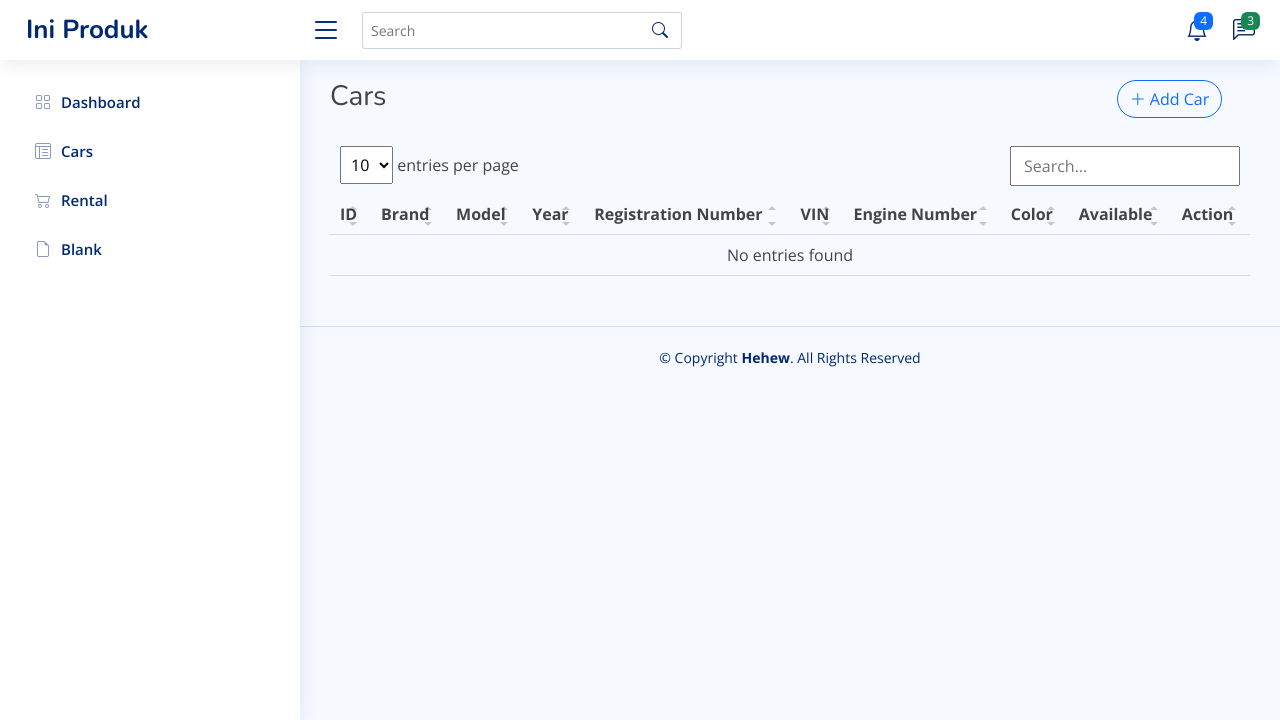
Repository: Jistoper/car_rental
Page: resources/views/backsite/content/car/cartable.blade.php
These files come from the project's save history. The page is drawn as it stood at one moment and after the next save; the edit follows.
The browser window is 1280 px wide. The pictures show the whole page.
The page is served by the project's Laravel application, run on PHP 8.4 with Laravel 9. Other server files are loaded and not shown. The template is opened directly, without the code that normally fills it, so the values that code supplies are empty.

Above is the page before, as saved 2023-06-25 16:26:08.

### routes/web.php
<?php

use Illuminate\Support\Facades\Route;
use App\Http\Controllers\carcontroller;

/*
|--------------------------------------------------------------------------
| Web Routes
|--------------------------------------------------------------------------
|
| Here is where you can register web routes for your application. These
| routes are loaded by the RouteServiceProvider within a group which
| contains the "web" middleware group. Now create something great!
|
*/

Route::get('/dashboard', function () {
    return view('backsite.dashboard');
})->name('dashboard');

Route::controller(CarController::class)->as('car.')->group(function(){
    Route::get('/car', 'getall')->name('getall');
    Route::get('/create', 'create')->name('create');
    Route::post('/create', 'storeCar')->name('store');
    Route::get('/edit', 'editView')->name('edit');
    Route::post('/edit', 'storeEdit')->name('storeEdit');
    Route::delete('/car_delete_', 'delete')->name('delete');

    Route::get('/rent', 'getList')->name('getList');
    Route::get('/rent_car', 'rentView')->name('rentView');
    Route::post('/car/rent/{$car_id}', 'storeRent')->name('storeRent');
});

### resources/views/backsite/content/car/cartable.blade.php
@extends('backsite.dashboard')

@section('content')

<div>
    <div class="pagetitle row">
        <div class="col">
            <h3>Cars</h3>
        </div>
        <div class="col-md-2">
            <a href="{{ route('car.create') }}" class="btn btn-outline-primary rounded-pill bi-plus-lg"> Add Car</a>
        </div>
    </div>
    <div class="mb-3">

    </div>
    <table class="table datatable">
        <thead>
          <tr>
            <th scope="col">ID</th>
            <th scope="col">Brand</th>
            <th scope="col">Model</th>
            <th scope="col">Year</th>
            <th scope="col">Registration Number</th>
            <th scope="col">VIN</th>
            <th scope="col">Engine Number</th>
            <th scope="col">Color</th>
            <th scope="col">Available</th>
            <th scope="col">Action</th>
          </tr>
        </thead>
        <tbody>
            @foreach($Cars as $cars)
                <tr>
                    <td>{{ $cars['car_id'] }}</td>
                    <td>{{ $cars['brand'] }}</td>
                    <td>{{ $cars['model'] }}</td>
                    <td>{{ $cars['year'] }}</td>
                    <td>{{ $cars['registration_number'] }}</td>
                    <td>{{ $cars['vin'] }}</td>
                    <td>{{ $cars['engine_number'] }}</td>
                    <td>{{ $cars['color'] }}</td>
                    <td>{{ $cars['is_available'] ? 'Yes' : 'No' }}</td>
                    <td>
                        <form action="{{ route('car.edit', $cars['car_id']) }}" class="d-inline" method="POST">
                            @csrf
                            @method('GET')
                            <input type="hidden" name="car_id" value="{{ $cars['car_id'] }}">
                            <input type="hidden" name="brand" value="{{ $cars['brand'] }}">
                            <input type="hidden" name="model" value="{{ $cars['model'] }}">
                            <input type="hidden" name="year" value="{{ $cars['year'] }}">
                            <input type="hidden" name="registration_number" value="{{ $cars['registration_number'] }}">
                            <input type="hidden" name="vin" value="{{ $cars['vin'] }}">
                            <input type="hidden" name="engine_number" value="{{ $cars['engine_number'] }}">
                            <input type="hidden" name="color" value="{{ $cars['color'] }}">
                            <button class="btn btn-sm rounded-pill btn-outline-secondary" type="submit" name='submit'>Edit</button>
                        </form>
                        <form onsubmit="return confirm('Are you sure you want to delete this data?')" action="{{ route('car.delete', $cars['car_id']) }}" class="d-inline" method="POST">
                            @csrf
                            @method('DELETE')
                            <input type="hidden" name="car_id" value="{{ $cars['car_id'] }}">
                            <button class="btn btn-sm rounded-pill btn-outline-danger" type="submit" name='submit'>Delete</button>
                        </form>
                    </td>
                </tr>
            @endforeach
        </tbody>
    </table>
</div>

@endsection

### resources/views/backsite/partials/header.blade.php
<header id="header" class="header fixed-top d-flex align-items-center">
    <div class="d-flex align-items-center justify-content-between">
      <a href="{{ route('dashboard') }}" class="logo d-flex align-items-center">
        <img src="assets/img/logo.png" alt="">
        <span class="d-none d-lg-block">Ini Produk</span>
      </a>
      <i class="bi bi-list toggle-sidebar-btn"></i>
    </div><!-- End Logo -->

    <div class="search-bar">
      <form class="search-form d-flex align-items-center" method="POST" action="#">
        <input type="text" name="query" placeholder="Search" title="Enter search keyword">
        <button type="submit" title="Search"><i class="bi bi-search"></i></button>
      </form>
    </div><!-- End Search Bar -->

    <nav class="header-nav ms-auto">
      <ul class="d-flex align-items-center">

        <li class="nav-item d-block d-lg-none">
          <a class="nav-link nav-icon search-bar-toggle " href="#">
            <i class="bi bi-search"></i>
          </a>
        </li><!-- End Search Icon-->

        <li class="nav-item dropdown">

          <a class="nav-link nav-icon" href="#" data-bs-toggle="dropdown">
            <i class="bi bi-bell"></i>
            <span class="badge bg-primary badge-number">4</span>
          </a><!-- End Notification Icon -->

          <ul class="dropdown-menu dropdown-menu-end dropdown-menu-arrow notifications">
            <li class="dropdown-header">
              You have 4 new notifications
              <a href="#"><span class="badge rounded-pill bg-primary p-2 ms-2">View all</span></a>
            </li>
            <li>
              <hr class="dropdown-divider">
            </li>

            <li class="notification-item">
              <i class="bi bi-exclamation-circle text-warning"></i>
              <div>
                <h4>Lorem Ipsum</h4>
                <p>Quae dolorem earum veritatis oditseno</p>
                <p>30 min. ago</p>
              </div>
            </li>

            <li>
              <hr class="dropdown-divider">
            </li>

            <li class="notification-item">
              <i class="bi bi-x-circle text-danger"></i>
              <div>
                <h4>Atque rerum nesciunt</h4>
                <p>Quae dolorem earum veritatis oditseno</p>
                <p>1 hr. ago</p>
              </div>
            </li>

            <li>
              <hr class="dropdown-divider">
            </li>

            <li class="notification-item">
              <i class="bi bi-check-circle text-success"></i>
              <div>
                <h4>Sit rerum fuga</h4>
                <p>Quae dolorem earum veritatis oditseno</p>
                <p>2 hrs. ago</p>
              </div>
            </li>

            <li>
              <hr class="dropdown-divider">
            </li>

            <li class="notification-item">
              <i class="bi bi-info-circle text-primary"></i>
              <div>
                <h4>Dicta reprehenderit</h4>
                <p>Quae dolorem earum veritatis oditseno</p>
                <p>4 hrs. ago</p>
              </div>
            </li>

            <li>
              <hr class="dropdown-divider">
            </li>
            <li class="dropdown-footer">
              <a href="#">Show all notifications</a>
            </li>

          </ul><!-- End Notification Dropdown Items -->

        </li><!-- End Notification Nav -->

        <li class="nav-item dropdown">

          <a class="nav-link nav-icon" href="#" data-bs-toggle="dropdown">
            <i class="bi bi-chat-left-text"></i>
            <span class="badge bg-success badge-number">3</span>
          </a><!-- End Messages Icon -->

          <ul class="dropdown-menu dropdown-menu-end dropdown-menu-arrow messages">
            <li class="dropdown-header">
              You have 3 new messages
              <a href="#"><span class="badge rounded-pill bg-primary p-2 ms-2">View all</span></a>
            </li>
            <li>
              <hr class="dropdown-divider">
            </li>

            <li class="message-item">
              <a href="#">
                <img src="assets/img/messages-1.jpg" alt="" class="rounded-circle">
                <div>
                  <h4>Maria Hudson</h4>
                  <p>Velit asperiores et ducimus soluta repudiandae labore officia est ut...</p>
                  <p>4 hrs. ago</p>
                </div>
              </a>
            </li>
            <li>
              <hr class="dropdown-divider">
            </li>

            <li class="message-item">
              <a href="#">
                <img src="assets/img/messages-2.jpg" alt="" class="rounded-circle">
                <div>
                  <h4>Anna Nelson</h4>
                  <p>Velit asperiores et ducimus soluta repudiandae labore officia est ut...</p>
                  <p>6 hrs. ago</p>
                </div>
              </a>
            </li>
            <li>
              <hr class="dropdown-divider">
            </li>

            <li class="message-item">
              <a href="#">
                <img src="assets/img/messages-3.jpg" alt="" class="rounded-circle">
                <div>
                  <h4>David Muldon</h4>
                  <p>Velit asperiores et ducimus soluta repudiandae labore officia est ut...</p>
                  <p>8 hrs. ago</p>
                </div>
              </a>
            </li>
            <li>
              <hr class="dropdown-divider">
            </li>

            <li class="dropdown-footer">
              <a href="#">Show all messages</a>
            </li>

          </ul><!-- End Messages Dropdown Items -->

        </li><!-- End Messages Nav -->

        {{-- <li class="nav-item dropdown pe-3">

          <a class="nav-link nav-profile d-flex align-items-center pe-0" href="#" data-bs-toggle="dropdown">
            <img src="assets/img/profile-img.jpg" alt="Profile" class="rounded-circle">
            <span class="d-none d-md-block dropdown-toggle ps-2">K. Anderson</span>
          </a>

          <ul class="dropdown-menu dropdown-menu-end dropdown-menu-arrow profile">
            <li class="dropdown-header">
              <h6>Kevin Anderson</h6>
              <span>Web Designer</span>
            </li>
            <li>
              <hr class="dropdown-divider">
            </li>

            <li>
              <a class="dropdown-item d-flex align-items-center" href="users-profile.html">
                <i class="bi bi-person"></i>
                <span>My Profile</span>
              </a>
            </li>
            <li>
              <hr class="dropdown-divider">
            </li>

            <li>
              <a class="dropdown-item d-flex align-items-center" href="users-profile.html">
                <i class="bi bi-gear"></i>
                <span>Account Settings</span>
              </a>
            </li>
            <li>
              <hr class="dropdown-divider">
            </li>

            <li>
              <a class="dropdown-item d-flex align-items-center" href="pages-faq.html">
                <i class="bi bi-question-circle"></i>
                <span>Need Help?</span>
              </a>
            </li>
            <li>
              <hr class="dropdown-divider">
            </li>

            <li>
              <a class="dropdown-item d-flex align-items-center" href="#">
                <i class="bi bi-box-arrow-right"></i>
                <span>Sign Out</span>
              </a>
            </li>

          </ul><!-- End Profile Dropdown Items -->
        </li><!-- End Profile Nav --> --}}

      </ul>
    </nav><!-- End Icons Navigation -->
</header>

### resources/views/backsite/partials/sidebar.blade.php
<aside id="sidebar" class="sidebar">

    <ul class="sidebar-nav" id="sidebar-nav">

      <li class="nav-item">
        <a class="nav-link collapsed" href="{{ route('dashboard') }}">
          <i class="bi bi-grid"></i>
          <span>Dashboard</span>
        </a>
      </li><!-- End Dashboard Nav -->

      <li class="nav-item">
        <a class="nav-link collapsed" href="{{ route('car.getall') }}">
          <i class="bi bi-layout-text-window-reverse"></i><span>Cars</span>
        </a>
      </li>

      <li class="nav-item">
        <a class="nav-link collapsed" href="{{ route('car.getList') }}">
          <i class="bi bi-cart2"></i><span>Rental</span>
        </a>
      </li>

      {{-- <li class="nav-item">
        <a class="nav-link collapsed" data-bs-target="#forms-nav" data-bs-toggle="collapse" href="#">
          <i class="bi bi-journal-text"></i><span>Forms</span><i class="bi bi-chevron-down ms-auto"></i>
        </a>
        <ul id="forms-nav" class="nav-content collapse " data-bs-parent="#sidebar-nav">
          <li>
            <a href="forms-elements.html">
              <i class="bi bi-circle"></i><span>Form Elements</span>
            </a>
          </li>
          <li>
            <a href="forms-layouts.html">
              <i class="bi bi-circle"></i><span>Form Layouts</span>
            </a>
          </li>
          <li>
            <a href="forms-editors.html">
              <i class="bi bi-circle"></i><span>Form Editors</span>
            </a>
          </li>
          <li>
            <a href="forms-validation.html">
              <i class="bi bi-circle"></i><span>Form Validation</span>
            </a>
          </li>
        </ul>
      </li>

      <li class="nav-item">
        <a class="nav-link collapsed" data-bs-target="#icons-nav" data-bs-toggle="collapse" href="#">
          <i class="bi bi-gem"></i><span>Icons</span><i class="bi bi-chevron-down ms-auto"></i>
        </a>
        <ul id="icons-nav" class="nav-content collapse " data-bs-parent="#sidebar-nav">
          <li>
            <a href="icons-bootstrap.html">
              <i class="bi bi-circle"></i><span>Bootstrap Icons</span>
            </a>
          </li>
          <li>
            <a href="icons-remix.html">
              <i class="bi bi-circle"></i><span>Remix Icons</span>
            </a>
          </li>
          <li>
            <a href="icons-boxicons.html">
              <i class="bi bi-circle"></i><span>Boxicons</span>
            </a>
          </li>
        </ul>
      </li>

      <li class="nav-heading">Pages</li>

      <li class="nav-item">
        <a class="nav-link collapsed" href="users-profile.html">
          <i class="bi bi-person"></i>
          <span>Profile</span>
        </a>
      </li>

      <li class="nav-item">
        <a class="nav-link collapsed" href="pages-faq.html">
          <i class="bi bi-question-circle"></i>
          <span>F.A.Q</span>
        </a>
      </li>

      <li class="nav-item">
        <a class="nav-link collapsed" href="pages-contact.html">
          <i class="bi bi-envelope"></i>
          <span>Contact</span>
        </a>
      </li>

      <li class="nav-item">
        <a class="nav-link collapsed" href="pages-register.html">
          <i class="bi bi-card-list"></i>
          <span>Register</span>
        </a>
      </li>

      <li class="nav-item">
        <a class="nav-link collapsed" href="pages-login.html">
          <i class="bi bi-box-arrow-in-right"></i>
          <span>Login</span>
        </a>
      </li>

      <li class="nav-item">
        <a class="nav-link collapsed" href="pages-error-404.html">
          <i class="bi bi-dash-circle"></i>
          <span>Error 404</span>
        </a>
      </li> --}}

      <li class="nav-item">
        <a class="nav-link collapsed" href="pages-blank.html">
          <i class="bi bi-file-earmark"></i>
          <span>Blank</span>
        </a>
      </li>

    </ul>

  </aside><!-- End Sidebar-->

### public/assets/simple-datatables/style.css
.datatable-wrapper.no-header .datatable-container {
	border-top: 1px solid #d9d9d9;
}

.datatable-wrapper.no-footer .datatable-container {
	border-bottom: 1px solid #d9d9d9;
}

.datatable-top,
.datatable-bottom {
	padding: 8px 10px;
}

.datatable-top > nav:first-child,
.datatable-top > div:first-child,
.datatable-bottom > nav:first-child,
.datatable-bottom > div:first-child {
	float: left;
}

.datatable-top > nav:last-child,
.datatable-top > div:last-child,
.datatable-bottom > nav:last-child,
.datatable-bottom > div:last-child {
	float: right;
}

.datatable-selector {
	padding: 6px;
}

.datatable-input {
	padding: 6px 12px;
}

.datatable-info {
	margin: 7px 0;
}

/* PAGER */
.datatable-pagination ul {
	margin: 0;
	padding-left: 0;
}

.datatable-pagination li {
	list-style: none;
	float: left;
}

.datatable-pagination li.datatable-hidden {
    visibility: hidden;
}

.datatable-pagination a {
	border: 1px solid transparent;
	float: left;
	margin-left: 2px;
	padding: 6px 12px;
	position: relative;
	text-decoration: none;
	color: #333;
    cursor: pointer;
}

.datatable-pagination a:hover {
	background-color: #d9d9d9;
}

.datatable-pagination .datatable-active a,
.datatable-pagination .datatable-active a:focus,
.datatable-pagination .datatable-active a:hover {
	background-color: #d9d9d9;
	cursor: default;
}

.datatable-pagination .datatable-ellipsis a,
.datatable-pagination .datatable-disabled a,
.datatable-pagination .datatable-disabled a:focus,
.datatable-pagination .datatable-disabled a:hover {
    pointer-events: none;
    cursor: default;
}

.datatable-pagination .datatable-disabled a,
.datatable-pagination .datatable-disabled a:focus,
.datatable-pagination .datatable-disabled a:hover {
	cursor: not-allowed;
	opacity: 0.4;
}

.datatable-pagination .datatable-pagination a {
	font-weight: bold;
}

/* TABLE */
.datatable-table {
	max-width: 100%;
	width: 100%;
	border-spacing: 0;
	border-collapse: separate;
}

.datatable-table > tbody > tr > td,
.datatable-table > tbody > tr > th,
.datatable-table > tfoot > tr > td,
.datatable-table > tfoot > tr > th,
.datatable-table > thead > tr > td,
.datatable-table > thead > tr > th {
	vertical-align: top;
	padding: 8px 10px;
}

.datatable-table > thead > tr > th {
	vertical-align: bottom;
	text-align: left;
	border-bottom: 1px solid #d9d9d9;
}

.datatable-table > tfoot > tr > th {
	vertical-align: bottom;
	text-align: left;
	border-top: 1px solid #d9d9d9;
}

.datatable-table th {
	vertical-align: bottom;
	text-align: left;
}

.datatable-table th a {
	text-decoration: none;
	color: inherit;
}

.datatable-sorter, .datatable-filter {
	display: inline-block;
	height: 100%;
	position: relative;
	width: 100%;
}

.datatable-sorter::before,
.datatable-sorter::after {
	content: "";
	height: 0;
	width: 0;
	position: absolute;
	right: 4px;
	border-left: 4px solid transparent;
	border-right: 4px solid transparent;
	opacity: 0.2;
}


.datatable-sorter::before {
	border-top: 4px solid #000;
	bottom: 0px;
}

.datatable-sorter::after {
	border-bottom: 4px solid #000;
	border-top: 4px solid transparent;
	top: 0px;
}

.datatable-ascending .datatable-sorter::after,
.datatable-descending .datatable-sorter::before,
.datatable-ascending .datatable-filter::after,
.datatable-descending .datatable-filter::before {
	opacity: 0.6;
}

.datatable-filter::before {
    content: "";
    position: absolute;
    right: 4px;
    opacity: 0.2;
    width: 0;
    height: 0;
    border-left: 7px solid transparent;
    border-right: 7px solid transparent;
	border-radius: 50%;
    border-top: 10px solid #000;
    top: 25%;
}

.datatable-filter-active .datatable-filter::before {
    opacity: 0.6;
}

.datatable-empty {
	text-align: center;
}

.datatable-top::after, .datatable-bottom::after {
	clear: both;
	content: " ";
	display: table;
}

table.datatable-table:focus tr.datatable-cursor > td:first-child {
	border-left: 3px blue solid;
}

table.datatable-table:focus {
	outline: solid 1px black;
    outline-offset: -1px;
}

Loaded but not shown: public/assets/bootstrap/css/bootstrap.min.css (library); public/assets/bootstrap-icons/bootstrap-icons.css (library); public/assets/boxicons/css/boxicons.min.css (library); public/assets/apexcharts/apexcharts.min.js (library); public/assets/bootstrap/js/bootstrap.bundle.min.js (library); public/assets/chart.js/chart.umd.js (library); public/assets/echarts/echarts.min.js (library); public/assets/quill/quill.min.js (library); public/assets/simple-datatables/simple-datatables.js (library); public/assets/tinymce/tinymce.min.js (library); public/js/main.js (321 lines, source omitted); public/assets/php-email-form/validate.js (85 lines, source omitted); public/assets/remixicon/remixicon.css (2526 lines, source omitted); resources/views/backsite/dashboard.blade.php (740 lines, source omitted); public/assets/quill/quill.bubble.css (952 lines, source omitted); public/assets/quill/quill.snow.css (945 lines, source omitted); public/css/style.css (1233 lines, source omitted)

After the next save:
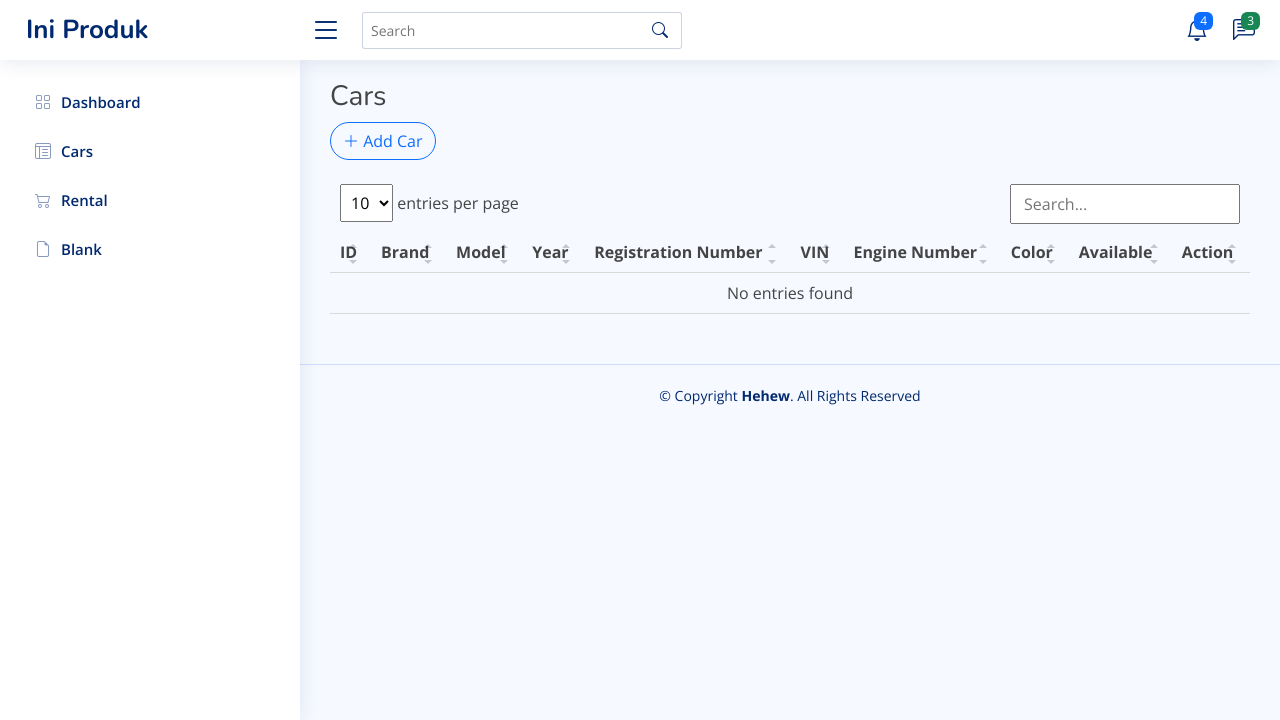
Saved 67 s later.
--- a/resources/views/backsite/content/car/cartable.blade.php
+++ b/resources/views/backsite/content/car/cartable.blade.php
@@ -4,10 +4,10 @@
 
 <div>
     <div class="pagetitle row">
-        <div class="col">
+        <div class="text-left">
             <h3>Cars</h3>
         </div>
-        <div class="col-md-2">
+        <div class="text-right">
             <a href="{{ route('car.create') }}" class="btn btn-outline-primary rounded-pill bi-plus-lg"> Add Car</a>
         </div>
     </div>

After the 3 saves that followed:
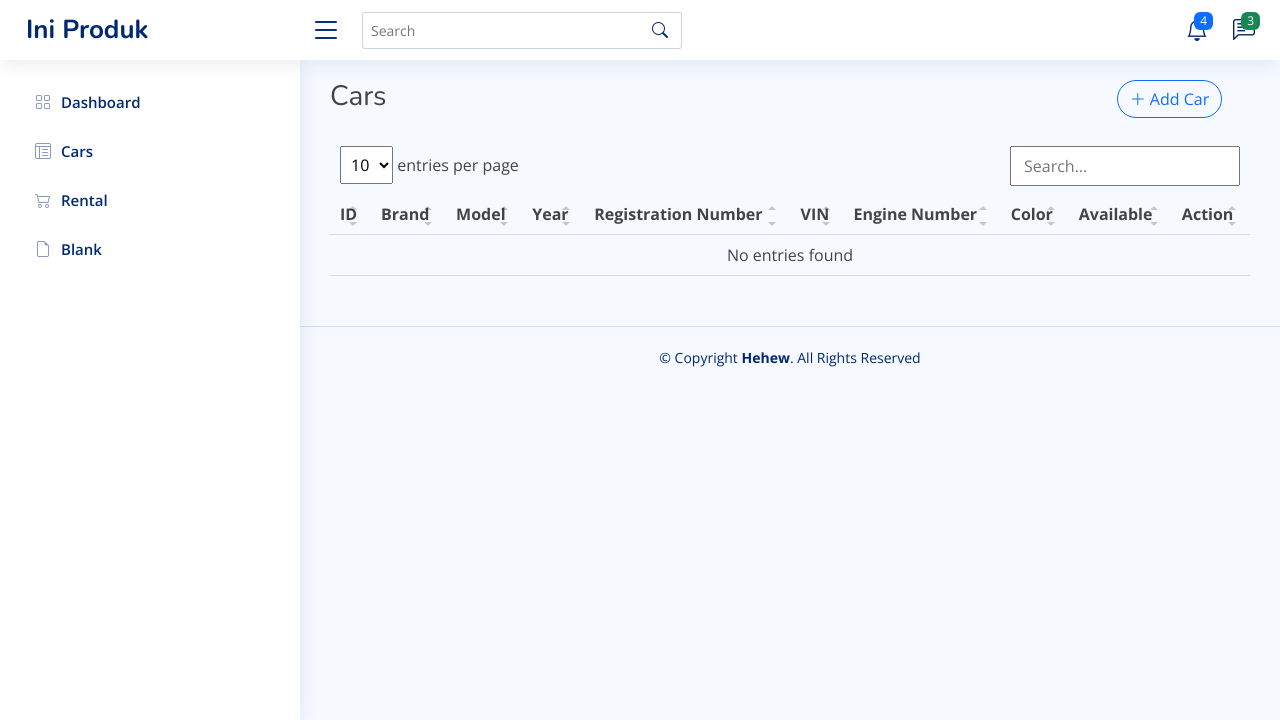
The 3 saves are shown as one change because 2 left the picture as it was.
The last was saved 6 min 50 s later.
--- a/resources/views/backsite/content/car/cartable.blade.php
+++ b/resources/views/backsite/content/car/cartable.blade.php
@@ -4,10 +4,10 @@
 
 <div>
     <div class="pagetitle row">
-        <div class="text-left">
+        <div class="col">
             <h3>Cars</h3>
         </div>
-        <div class="text-right">
+        <div class="col-md-2">
             <a href="{{ route('car.create') }}" class="btn btn-outline-primary rounded-pill bi-plus-lg"> Add Car</a>
         </div>
     </div>
